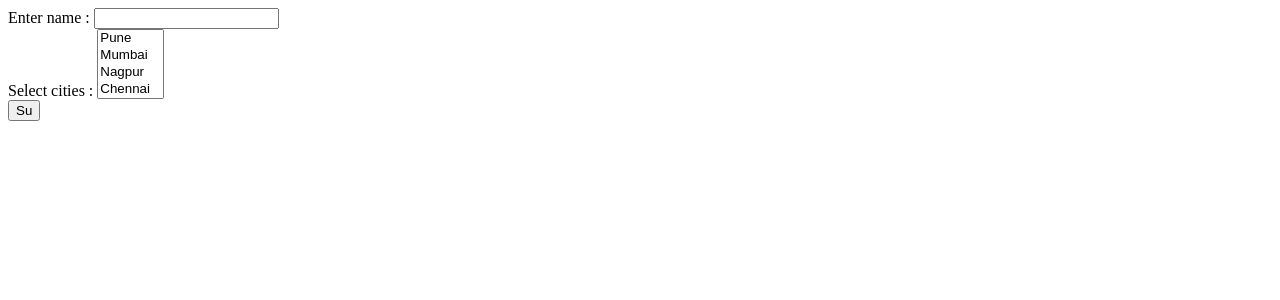
Repository: ANIKETKHAVNEKAR/AdvanceJavaMyPractice
Page: http://localhost/ScriptlessJSP/acceptdata.jsp
The author's editor kept a copy of each file at every save. The page is drawn from the files as they stood at one save, then again after the next save.
The browser window is 1280 px wide. The pictures show the whole page.
The page is served by Tomcat 9.

Above is the page before, as saved 2023-06-21 18:28:33.

After the next save:
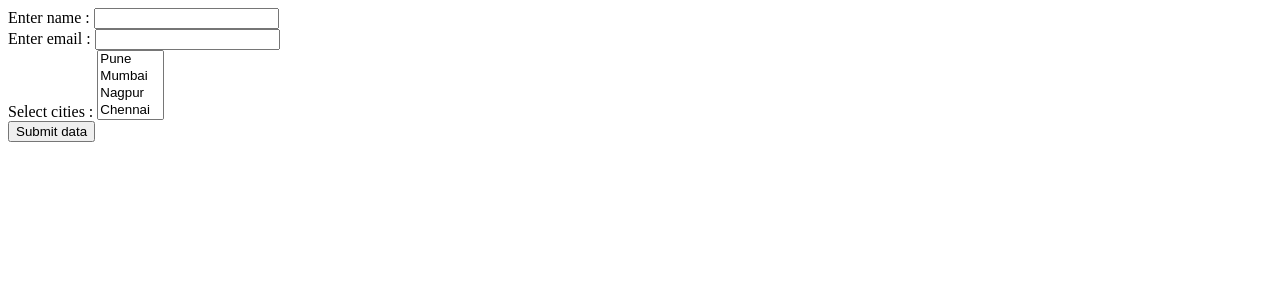
Saved 33 s later.
--- a/demo/Adv Java Workspace-Mar 23/ScriptlessJSP/src/main/webapp/acceptdata.jsp
+++ b/demo/Adv Java Workspace-Mar 23/ScriptlessJSP/src/main/webapp/acceptdata.jsp
@@ -10,6 +10,8 @@
 	<form action="">
 		Enter name : <input type="text" name="nm" />
 		<br/>
+		Enter email : <input type="text" name="email" />
+		<br/>
 		Select cities :
 		<select name="city" multiple >
 			<option value="pune">Pune</option>
@@ -19,7 +21,8 @@
 			<option value="bangalore">Bangalore</option>
 		</select>
 		<br/>
-		<input type="submit" value="Su"
+		<input type="submit" value="Submit data" />
+
 	</form>
 </body>
 </html>
